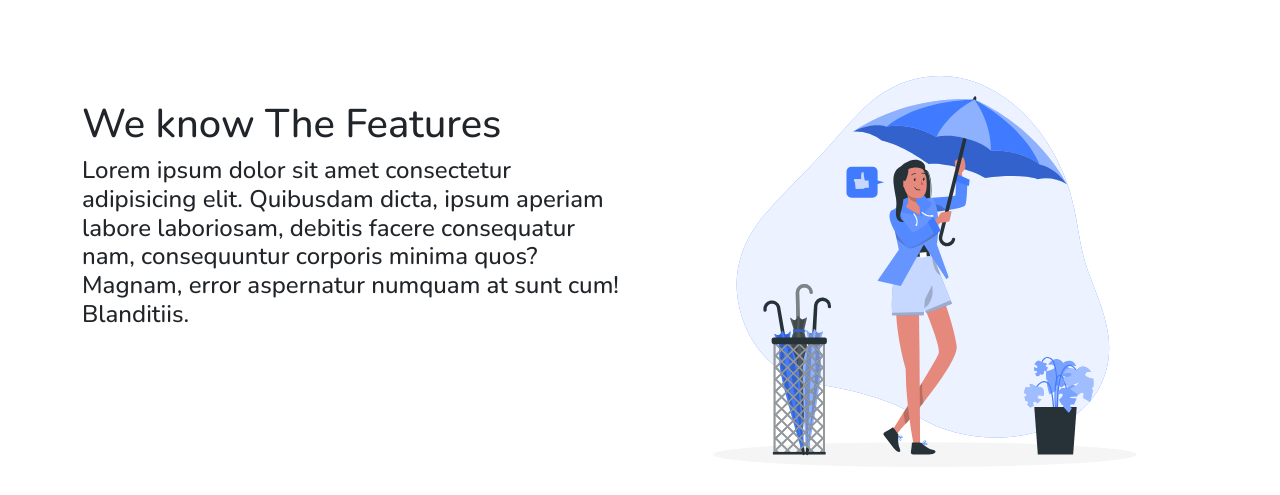
Repository: youssef168/Weather-App
Page: index.htm
An editor plug-in stored every save of this project. The page is shown before and after the next save, followed by the edit.
The browser window is 1280 px wide. The pictures show the whole page.

Above is the page before, as saved 2021-12-28 18:22:10.

### index.htm
<!DOCTYPE html>
<html lang="en">
<head>
    <meta charset="UTF-8">
    <meta http-equiv="X-UA-Compatible" content="IE=edge">
    <meta name="viewport" content="width=device-width, initial-scale=1.0">
    <link href="https://cdn.jsdelivr.net/npm/bootstrap@5.1.3/dist/css/bootstrap.min.css" rel="stylesheet" integrity="sha384-1BmE4kWBq78iYhFldvKuhfTAU6auU8tT94WrHftjDbrCEXSU1oBoqyl2QvZ6jIW3" crossorigin="anonymous">
    <link rel="preconnect" href="https://fonts.googleapis.com">
    <link rel="preconnect" href="https://fonts.gstatic.com" crossorigin>
    <link href="https://fonts.googleapis.com/css2?family=Nunito:ital,wght@0,300;0,500;0,600;0,700;0,900;1,200;1,300;1,400;1,500;1,700&family=Work+Sans:ital,wght@1,400;1,600&display=swap" rel="stylesheet">
    <link rel="stylesheet" href="./style.css">
    <title>Document</title>
</head>
<body>
    <div class="container">
        <div class='row'>
            <div class="col-lg-6 super">
               <h1> We know The Features </h1>
               <h4>Lorem ipsum dolor sit amet consectetur adipisicing elit. Quibusdam dicta, ipsum aperiam labore laboriosam, debitis facere consequatur nam, consequuntur corporis minima quos? Magnam, error aspernatur numquam at sunt cum! Blanditiis.</h4>
            </div>
            <div class='col-lg-6'>
                <img src="./Umbrella-rafiki.svg" alt="">
            </div>
        </div>
    </div>

    <script src="./script.js"></script>
    <script src="https://cdn.jsdelivr.net/npm/bootstrap@5.1.3/dist/js/bootstrap.bundle.min.js" integrity="sha384-ka7Sk0Gln4gmtz2MlQnikT1wXgYsOg+OMhuP+IlRH9sENBO0LRn5q+8nbTov4+1p" crossorigin="anonymous"></script>
</body>
</html>

### style.css
/* Start Global Rules */
body {
    font-family: 'Nunito', sans-serif;

}

.super {
    margin-top: 100px;
}
/* end Global Rules */

Loaded but not shown: script.js (no copy from this time; the picture is the same without it)

After the next save:
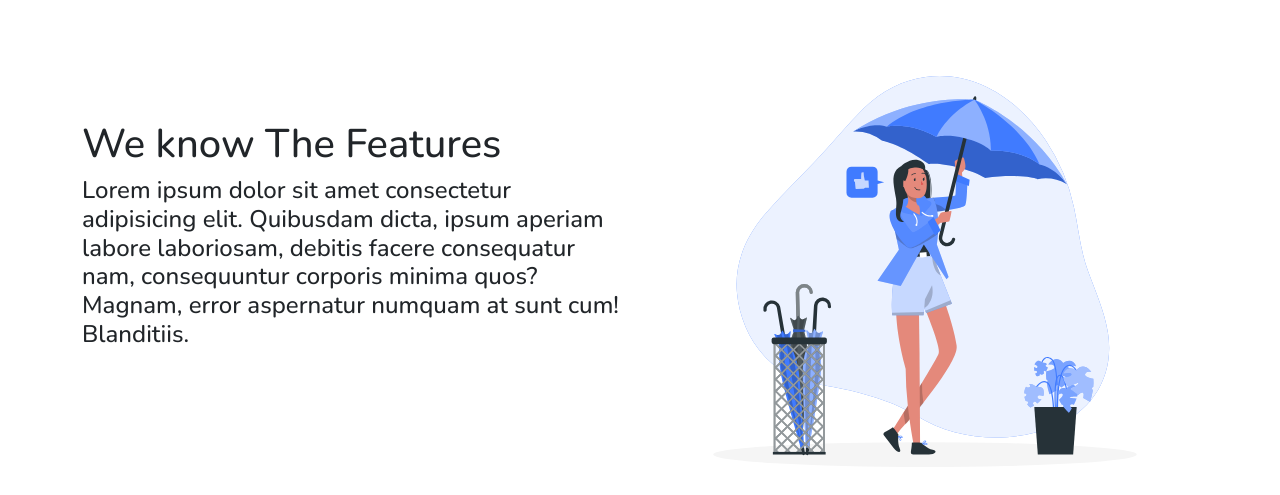
Saved 17 s later.
--- a/style.css
+++ b/style.css
@@ -5,6 +5,6 @@ body {
 }
 
 .super {
-    margin-top: 100px;
+    margin-top: 120px;
 }
 /* end Global Rules */
